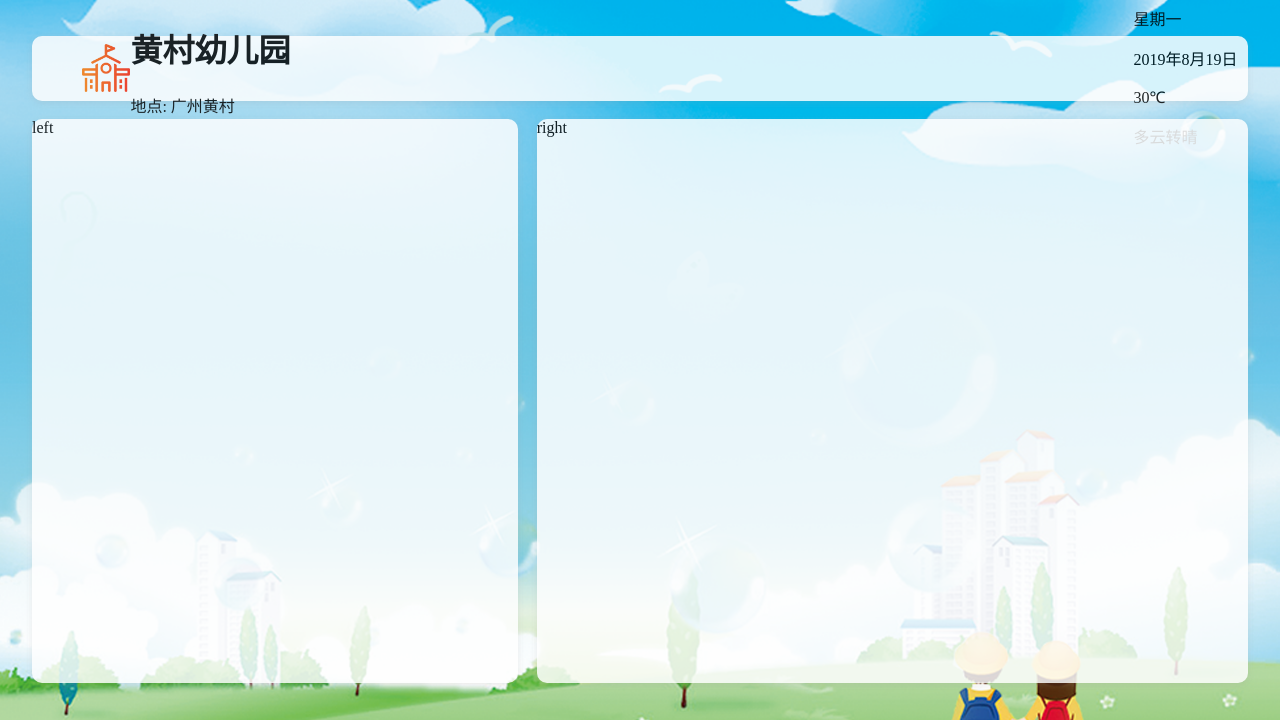
Repository: huangdesheng/classBrand
Page: / (app in classBrand/)
The author's editor kept a copy of each file at every save. The page is drawn from the files as they stood at one save, then again after the next save.
The browser window is 1280 px wide. The pictures show the whole page.
The project was rebuilt for these pictures with package versions that can differ from the ones it lists, and the page was loaded fresh each time.

Above is the page before, as saved 2019-08-23 10:14:43.

### classBrand/index.html
<!DOCTYPE html>
<html>

<head>
  <meta charset="utf-8">
  <meta name="viewport" content="width=device-width,initial-scale=1.0">
  <meta name="viewport"
    content="width=device-width, user-scalable=no, initial-scale=1.0, maximum-scale=1.0, minimum-scale=1.0">
  <meta name="x5-orientation" content="portrait">
  <!-- QQ应用模式 -->
  <meta name="x5-page-mode" content="app">
  <!-- windows phone 点击无高光 -->
  <meta name="msapplication-tap-highlight" content="no">
  <meta content=yes name=apple-mobile-web-app-capable>
  <meta content=yes name=apple-touch-fullscreen>
  <!-- 禁止将页面中的数字识别为电话号码 -->
  <meta name="format-detection" content="telephone=no,email=no">
  <title>classbrand</title>
</head>

<body>
  <div id="app"></div>
  <!-- built files will be auto injected -->
</body>

</html>

### classBrand/src/main.js
// The Vue build version to load with the `import` command
// (runtime-only or standalone) has been set in webpack.base.conf with an alias.
import Vue from 'vue'
import App from './App'
import router from './router'
import 'lib-flexible'

Vue.config.productionTip = false

/* eslint-disable no-new */
new Vue({
  el: '#app',
  router,
  components: {
    App
  },
  template: '<App/>'
})

### classBrand/src/App.vue
<template>
  <div id="app">
    <router-view />
  </div>
</template>

<script>
export default {
  name: "App"
};
</script>

<style lang="less">
.bt {
  width: 100vw;
  height: 100vh;
  background: url(./assets/bg/bg.png);
  background-size: 100% 100%;
  background-repeat: no-repeat;
  background-position: center;
  position: fixed;
  left: 0;
  top: 0;
  display: flex;
  justify-content: center;
  align-items: center;
}
#app {
  .bt;
}
</style>

### classBrand/src/router/index.js
import Vue from 'vue'
import Router from 'vue-router'
import index from '@/views/index'

Vue.use(Router)

export default new Router({
  routes: [{
    path: '/',
    name: 'index',
    component: index
  }]
})

### classBrand/src/views/index/index.vue
<template>
  <div id="index">
    <header>
      <ul>
        <li>
          <span></span>
          <div>
            <h1>黄村幼儿园</h1>
            <p>地点: 广州黄村</p>
          </div>
        </li>
        <li>
          <div>17:39</div>
          <div>
            <p>星期一</p>
            <p>2019年8月19日</p>
          </div>
          <div>
            <p>30℃</p>
            <p>多云转晴</p>
          </div>
        </li>
      </ul>
    </header>
    <section>
      <aside>left</aside>
      <aside>right</aside>
    </section>
  </div>
</template>

<script>
export default {};
</script>

<style lang="less" scoped>
.bt {
  background: rgba(255, 255, 255, 1);
  box-shadow: 0px 2px 7px 0px rgba(161, 157, 157, 0.23);
  opacity: 0.84;
  border-radius: 10px;
}
.img {
  width: 3rem;
  height: 3rem;
  background-size: 100% 100%;
  background-position: center center;
  background-repeat: no-repeat;
}
.flex {
  display: flex;
  justify-content: space-between;
  align-items: center;
}
#index {
  width: 95%;
  height: 90%;
  header {
    .bt;
    height: 10%;
    width: 100%;
    > ul {
      list-style: none;
      width: 95%;
      height: 100%;
      margin: 0 auto;
      display: flex;
      justify-content: space-between;
      align-items: center;
      li {
        &:nth-of-type(1) {
          .flex;
          > span {
            background: url(../../assets/icon/index.png);
            .img;
          }
        }
      }
    }
  }
  section {
    .flex;
    width: 100%;
    margin-top: 1.5%;
    height: 87%;
    aside {
      .bt;
      height: 100%;
      &:nth-of-type(1) {
        width: 40%;
        margin-right: 1.5%;
      }
      &:nth-of-type(2) {
        flex: 1;
      }
    }
  }
}
</style>

After the next save:
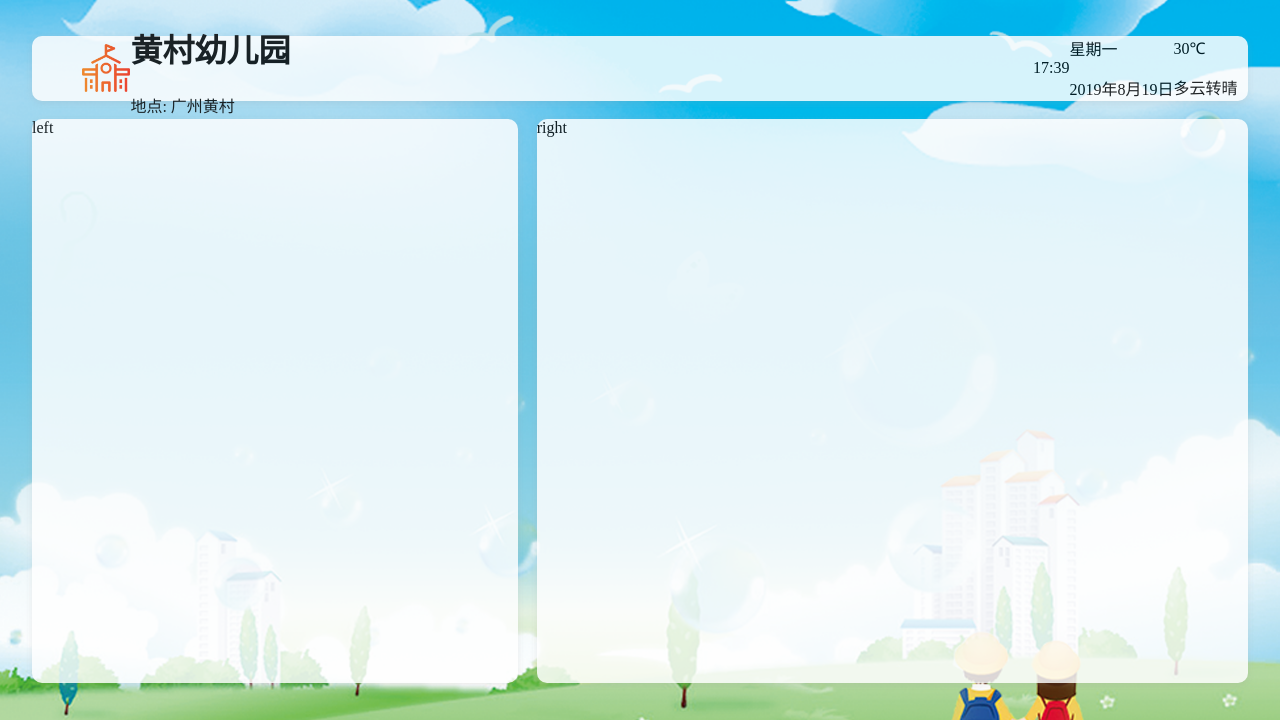
Saved 14 s later.
--- a/classBrand/src/views/index/index.vue
+++ b/classBrand/src/views/index/index.vue
@@ -68,8 +68,8 @@ export default {};
       justify-content: space-between;
       align-items: center;
       li {
+        .flex;
         &:nth-of-type(1) {
-          .flex;
           > span {
             background: url(../../assets/icon/index.png);
             .img;
